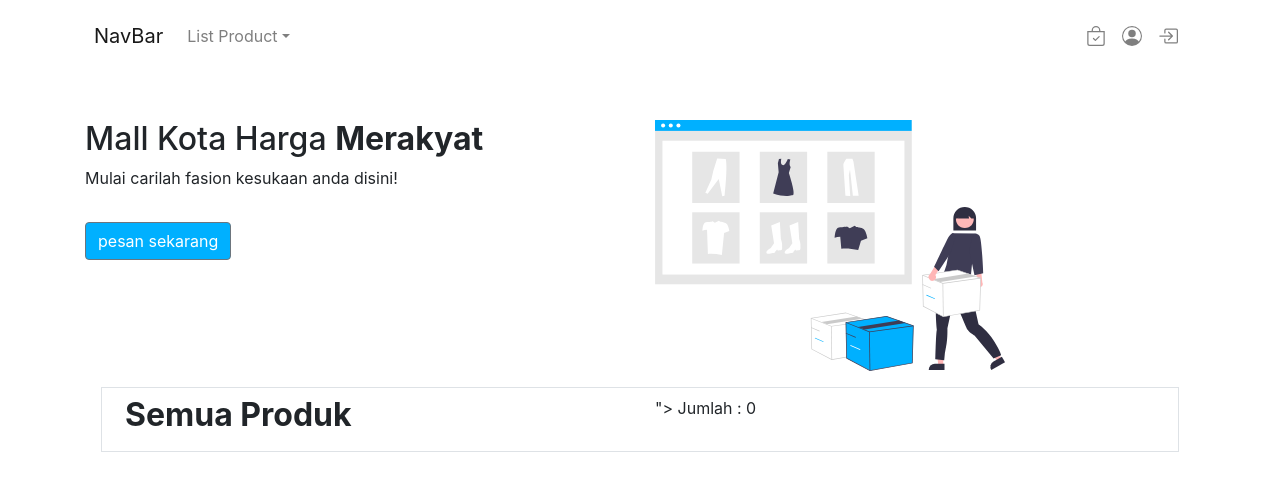
Repository: AHSANS354/ecommerce-catalog
Page: /
The author's editor kept a copy of each file at every save. The page is drawn from the files as they stood at one save, then again after the next save.
The browser window is 1280 px wide. The pictures show the whole page.
The page's requests for data from a server got no answer. The project was rebuilt for these pictures with package versions that can differ from the ones it lists, and the page was loaded fresh each time. No one was signed in, and anything a server would have sent is missing. Also part of the build but not shown: vue.config.js, src/components/CardProduct.vue.

Above is the page before, as saved 2023-03-01 22:33:07.

After the next save:
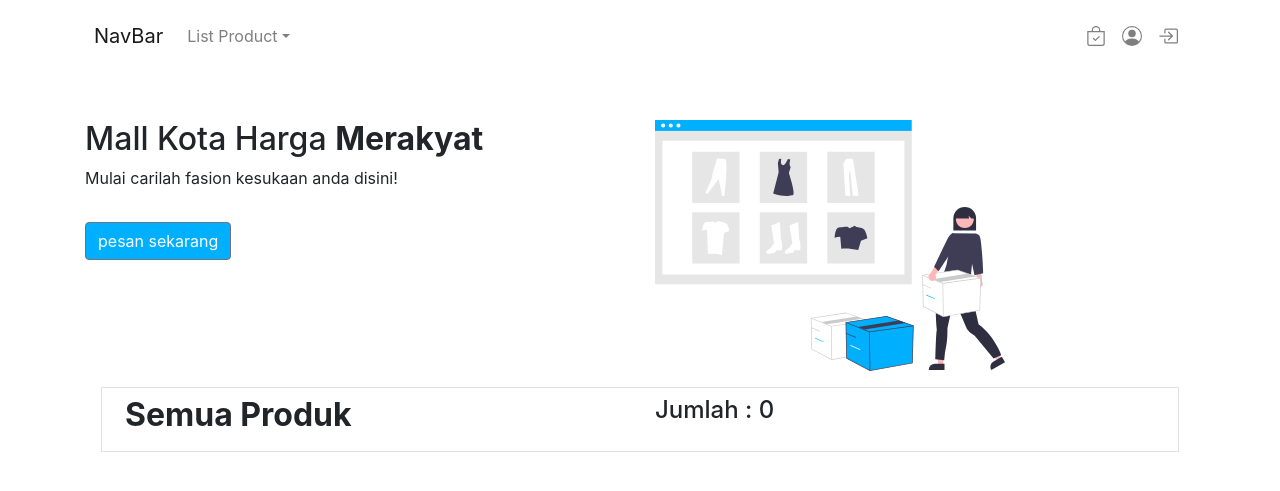
Saved 22 s later.
--- a/src/views/HomeView.vue
+++ b/src/views/HomeView.vue
@@ -23,7 +23,7 @@
           <h2><strong>Semua Produk</strong></h2>
         </div>
         <div class="col">
-          <h4">
+          <h4>
             Jumlah :
             {{ products.length }}
           </h4>
